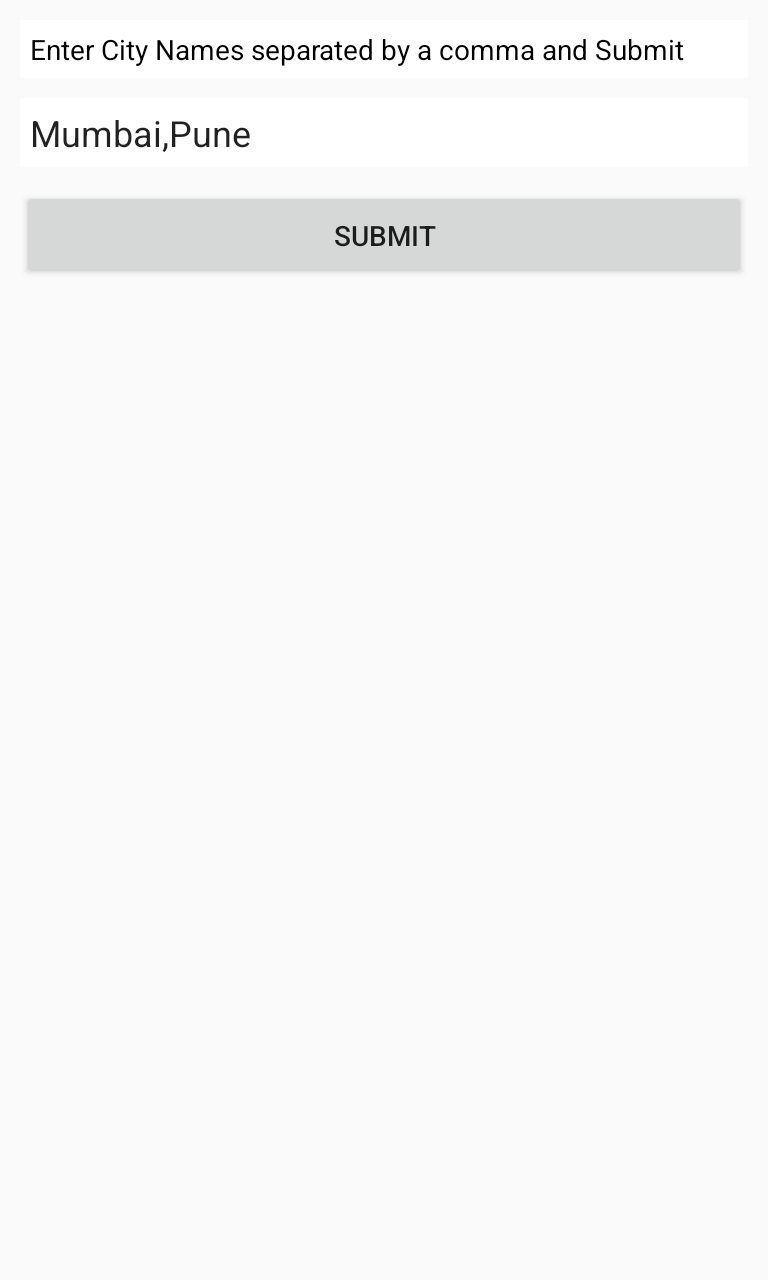
Repository: bhameamit/LeftShiftTask
Layout: LeftShiftTask/LeftShiftTak/res/layout/activity_main.xml
These files come from the project's save history. The layout is drawn as it stood at one moment and after the next save; the edit follows.
It is drawn on a 768 x 1280 px phone screen (xhdpi) without system bars, with theme AppTheme; the app's code is not run.

Above is the layout before, as saved 2015-02-19 20:48:16.

### LeftShiftTask/LeftShiftTak/res/layout/activity_main.xml
<LinearLayout xmlns:android="http://schemas.android.com/apk/res/android"
    xmlns:tools="http://schemas.android.com/tools"
    android:layout_width="match_parent"
    android:layout_height="match_parent"
    android:orientation="vertical"
    android:padding="10dp"
    tools:context="com.example.leftshifttak.MainActivity" >

    <TextView
        android:layout_width="match_parent"
        android:layout_height="wrap_content"
        android:background="@android:color/white"
        android:padding="5dp"
        android:text="@string/info"
        android:textColor="@android:color/black" />

    <LinearLayout
        android:layout_width="match_parent"
        android:layout_height="10dp" >
    </LinearLayout>

    <EditText
        android:id="@+id/city1"
        android:layout_width="match_parent"
        android:layout_height="wrap_content"
        android:background="@android:color/white"
        android:padding="5dp"
        android:text="@string/example" />

    <LinearLayout
        android:layout_width="match_parent"
        android:layout_height="10dp" >
    </LinearLayout>

    <Button
        android:id="@+id/send_city"
        android:layout_width="match_parent"
        android:layout_height="wrap_content"
        android:text="Submit" />

</LinearLayout>

### LeftShiftTask/LeftShiftTak/res/values/strings.xml
<?xml version="1.0" encoding="utf-8"?>
<resources>

    <string name="app_name">LeftShiftTak</string>
    <string name="hello_world">Hello world!</string>
    <string name="action_settings">Settings</string>
    <string name="title_activity_list_cities">ListCitiesActivity</string>

    <string name="info">Enter City Names separated by a comma and Submit</string>
    <string name="example">Mumbai,Pune</string>

</resources>

Loaded but not shown: LeftShiftTask/LeftShiftTak/res/values/styles.xml (common file); LeftShiftTask/LeftShiftTak/res/values-v11/styles.xml (common file); LeftShiftTask/LeftShiftTak/res/values-v14/styles.xml (common file)

After the next save:
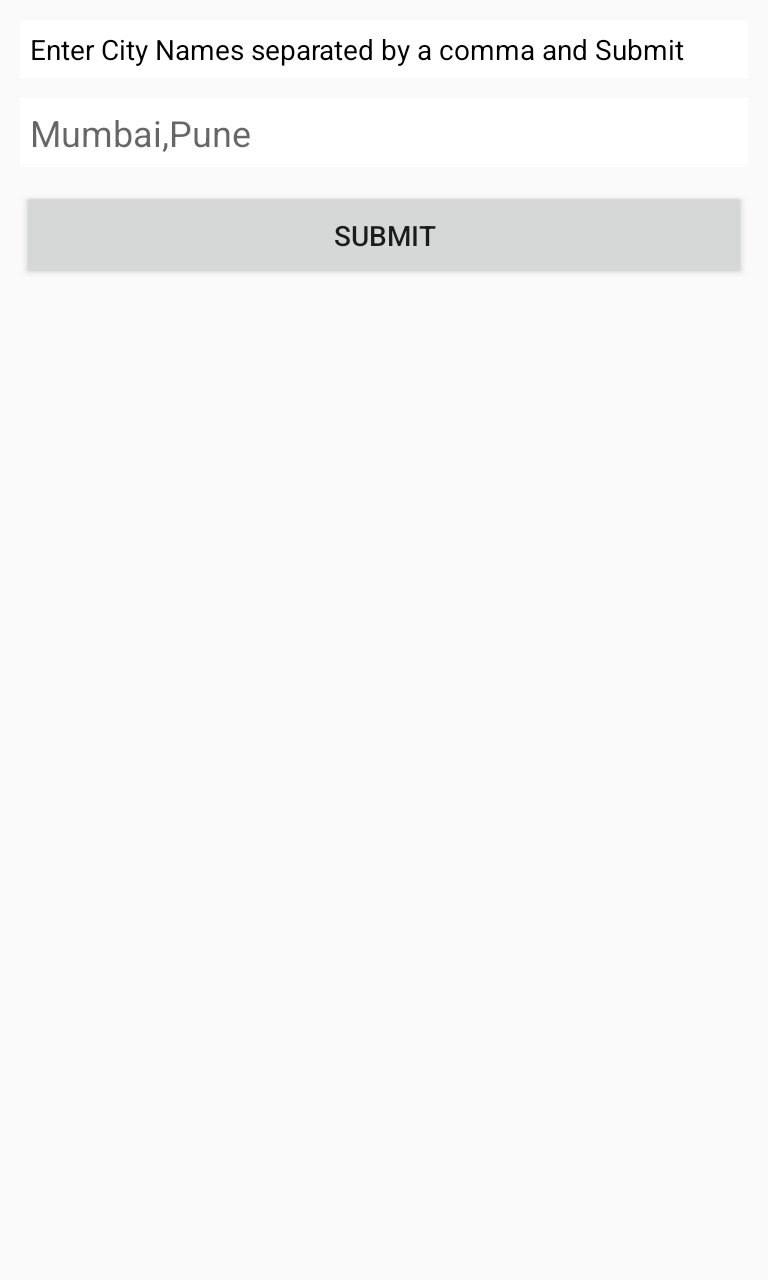
Saved 49 s later.
--- a/LeftShiftTask/LeftShiftTak/res/layout/activity_main.xml
+++ b/LeftShiftTask/LeftShiftTak/res/layout/activity_main.xml
@@ -25,7 +25,7 @@
         android:layout_height="wrap_content"
         android:background="@android:color/white"
         android:padding="5dp"
-        android:text="@string/example" />
+        android:hint="@string/example" />
 
     <LinearLayout
         android:layout_width="match_parent"
